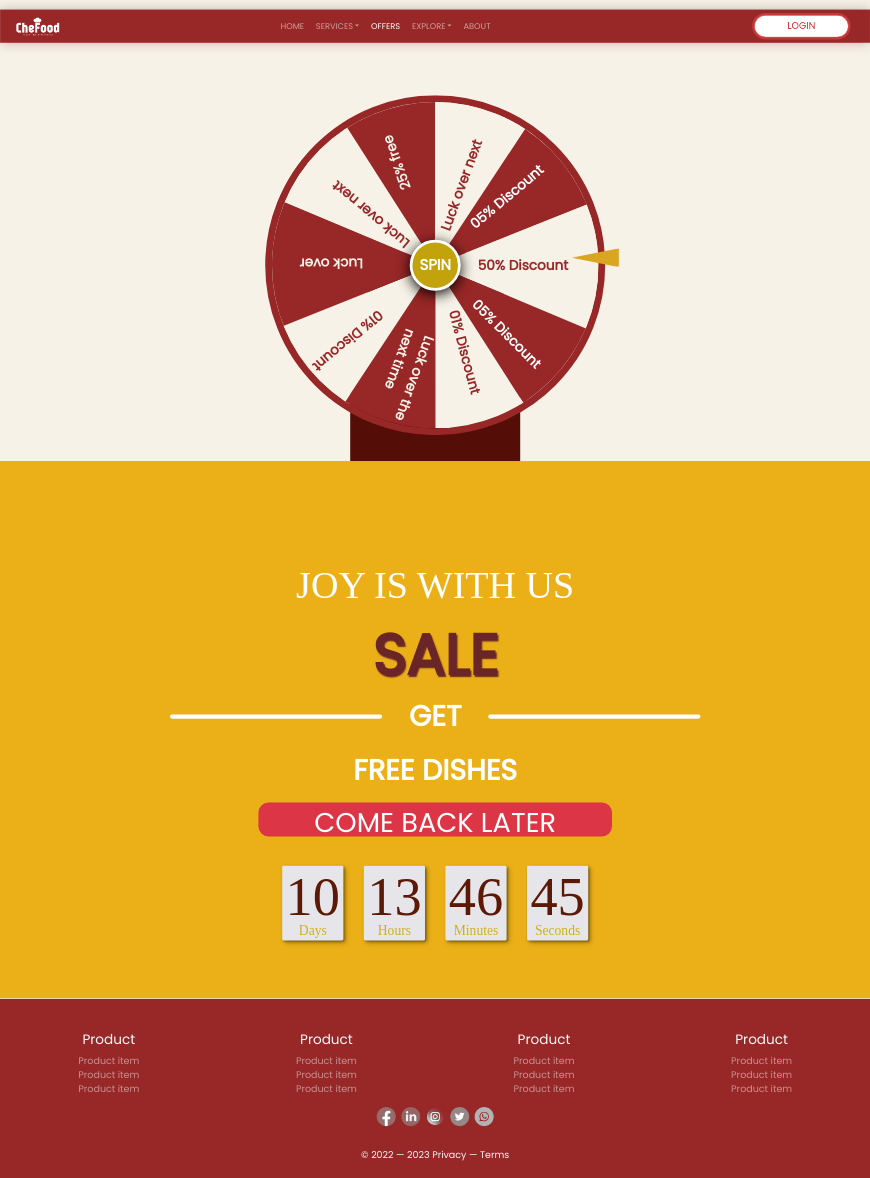
Repository: qamchamine/chefood
Page: /offers (app in front-end/)
These files come from the project's save history. The page is drawn as it stood at one moment and after the next save; the edit follows.
The browser window is 1280 px wide. The pictures show the whole page, at 68% of full size.
The project was rebuilt for these pictures with package versions that can differ from the ones it lists, and the page was loaded fresh each time. Some packages were replaced by stand-ins written for this rebuild. Also part of the build but not shown: front-end/src/components/small_components/ButtonMain.jsx, front-end/src/components/small_components/HomeCard.jsx, front-end/src/components/small_components/HomeCardFullSection.jsx, front-end/src/components/pages/Home.jsx, front-end/src/css/explore.css, front-end/src/components/pages/sub-pages/Gallery.jsx, front-end/src/components/pages/sub-pages/Delivery.jsx, front-end/src/components/small_components/ComponentToPrint.jsx and 28 more. Imported but missing from the stored project, and not drawn on this page: front-end/src/sounds/applause.mp3, front-end/src/sounds/wheel.mp3.

Above is the page before, as saved 2023-06-18 19:45:48.

### front-end/public/index.html
<!DOCTYPE html>
<html lang="en">
  <head>
    <meta charset="utf-8" />
    <link rel="icon" href="%PUBLIC_URL%/favicon.ico" />
    <meta name="viewport" content="width=device-width, initial-scale=1" />
    <meta name="theme-color" content="#000000" />
    <meta
      name="description"
      content="Web site created using create-react-app"
    />
    <link
    rel="stylesheet"
    href="https://fonts.googleapis.com/css?family=Roboto:400,700"
  />
    <link rel="apple-touch-icon" href="%PUBLIC_URL%/logo192.png" />
    <link rel="manifest" href="%PUBLIC_URL%/manifest.json" />

    <link rel="stylesheet" href="https://fonts.googleapis.com/icon?family=Material+Icons">

    <link rel="stylesheet" href="https://maxcdn.bootstrapcdn.com/font-awesome/4.7.0/css/font-awesome.min.css">
    <script src="https://code.jquery.com/jquery-3.5.1.min.js"></script>
    <script src="https://cdn.jsdelivr.net/npm/popper.js@1.16.0/dist/umd/popper.min.js"></script>




    <title>React App</title>
  </head>
  <body>

    <div id="root"></div>
<!--     <script src="jquery/jquery-3.6.0.js"></script>  -->
    <script src="https://unpkg.com/sweetalert/dist/sweetalert.min.js"></script>

  </body>
</html>

### front-end/src/components/Footer.jsx
import React, { useEffect } from 'react'

import Facebook from '../images/icons/facebook.png'
import Linkedin from '../images/icons/linkedin.png'
import Instagram from '../images/icons/instagram.png'
import Twitter from '../images/icons/twitter.png'
import Whatsapp from '../images/icons/whatsapp.png'
import './../css/nav-footer.css';
export default function Footer() {

    return (
        <div className='footer container-fluid' style={{ background: '#982727' }}>
            <footer className=' py-2 pt-5 d-grid text-light'>
                <div className='row justify-content-around text-center '>
                    <div className='d-grid col-6 col-sm-12 col-md-6 col-lg-4 col-xl-3'>
                        <h5>Product</h5>
                        <a className='text-decoration-none text-light opacity-50' href="">Product item</a>
                        <a className='text-decoration-none text-light opacity-50' href="">Product item</a>
                        <a className='text-decoration-none text-light opacity-50' href="">Product item</a>
                    </div>
                    <div className='d-grid col-6 col-sm-12 col-md-6 col-lg-4 col-xl-3'>
                        <h5>Product</h5>
                        <a className='text-decoration-none text-light opacity-50' href="">Product item</a>
                        <a className='text-decoration-none text-light opacity-50' href="">Product item</a>
                        <a className='text-decoration-none text-light opacity-50' href="">Product item</a>
                    </div>
                    <div className='d-grid col-6 col-sm-12 col-md-6 col-lg-4 col-xl-3'>
                        <h5>Product</h5>
                        <a className='text-decoration-none text-light opacity-50' href="">Product item</a>
                        <a className='text-decoration-none text-light opacity-50' href="">Product item</a>
                        <a className='text-decoration-none text-light opacity-50' href="">Product item</a>
                    </div>
                    <div className='d-grid col-6 col-sm-12 col-md-6 col-lg-4 col-xl-3'>
                        <h5>Product</h5>
                        <a className='text-decoration-none text-light opacity-50' href="">Product item</a>
                        <a className='text-decoration-none text-light opacity-50' href="">Product item</a>
                        <a className='text-decoration-none text-light opacity-50' href="">Product item</a>
                    </div>
                </div>
                <div className='footer-icons row justify-content-center py-3 '>
                    <div className='d-flex gap-2 justify-content-center'>
                        <a href=""> <img src={Facebook} className='footer-icon' alt="" /> </a>
                        <a href=""> <img src={Linkedin} className='footer-icon' alt="" /> </a>
                        <a href=""> <img src={Instagram} className='footer-icon' alt="" /> </a>
                        <a href=""> <img src={Twitter} className='footer-icon' alt="" /> </a>
                        <a href=""> <img src={Whatsapp} className='footer-icon' alt="" /> </a>

                    </div>
                </div>
                <div className='row justify-content-center py-3'>
                    © 2022 — 2023 Privacy — Terms
                </div>
            </footer>
        </div>

    )
}

### front-end/src/components/pages/Offers.jsx
import React from 'react'
import WheelSpin from '../small_components/WheelSpin'
import OffersButtom from '../small_components/OffersButtom'
export default function Offers() {
  return (
    <div>


      <WheelSpin/>
      <OffersButtom/>
    </div>
  )
}

### front-end/src/css/home.css
.homeBG {
    height: fit-content;
    position: relative;
    right: -10%;
    top: 34%;
    z-index: -1;
    width: 100em !important;


}
@font-face {
    font-family: 'poppin';
    src: url('../fonts/Poppins/Poppins-Regular.ttf') ;
    font-weight: normal;
    font-style: normal;
  }
body {
    font-family:'poppin', sans-serif !important;
    background-color: #F7F2E7 !important;
    max-width: 100vw;
    font-weight: normal !important;
    overflow-x: hidden;
    font-size: 14px !important;
}

body::-webkit-scrollbar {
    width: 0;
}

.nb {
/*     position: fixed; */
/*     top: 1em; */
    background-color: #982727 !important;
    box-shadow: 0 0px 20px #1f020241;
    border: 1px solid #ffffff22;
}

.navbar {
    background-color: #982727 !important;
}

.changeColor {
    background-color: blue !important;
}

.signUP {
    background: white !important;
    color: #982727 !important;
    font-weight: bold !important;
    outline: 5px solid #982727ab;
    outline-offset: -2px;
    transition: 500ms ease;


}

.homeContent {
    height: 90vh;
    z-index: 0;
    margin-top: -1.5em !important;
}

.homeContent h1 {
    color: #F7F2E7;
    text-align: start;
width: 40vw !important;
}

.homeContent h1 span {
    position: relative;
    display: inline-block;
    margin-bottom: 10px;
    padding: 4px 20px 8px;
    transition: 1s ease;
}

.homeContent h1 span::before {
    content: '';
    position: absolute;
    background: #982727;
    left: 0;
    top: 0;
    z-index: -1;
    width: 100%;
    height: 100%;
    transform: skew(-10deg);
}

.homeContent h1 span:last-child::before {
    transform: skew(10deg);
}

.homeContent p {
    width: 72%;
    color: #982727;
    text-align: left;
}

.homeContent .homeMainButtons {
    width: 72%;
}

.cardBtn {
    transition: 1s ease;
}

.cardBtn:hover {
    filter: brightness(130%);

}

.cardBtn i {
    left: 63%;
    transition: 300ms ease;
}

.cardBtn:hover i {
    left: 75%;
}

.btnMain:hover {
    filter: brightness(130%);
}

.card-img-top {
    object-fit: cover;
}

.signUP:hover {

    background: #982727 !important;
    color: white !important;
    font-weight: bold !important;
    outline: 5px solid #ffffff55;
    outline-offset: -4px;
}

.cardsGroup:not(:first-child) {
    translate: 50% 0;
}

.arrow-1-1 {
    position: absolute;
    top: 50%;
    left: 0;
}

.home .carousel-control-prev-icon,
.home .carousel-control-next-icon {

    width: 1.3em;
    height: 1.3em;
    color:black !important;

    outline: 12px solid #982929;
    outline-offset: -1px;
    background-color: #982929;
    background-size: 100%, 100%;
    border-radius: 50%;
    box-shadow: 0 0 10px black;
}

.home .carousel-control-prev,
.home .carousel-control-next {
    z-index: 10;
    width: 4em !important;
/*     background: red; */

}

/* .py-4 {
    padding-top: 0rem !important;
    padding-bottom: 0rem !important;
} */

.nb{
    zoom:87%;
}

### front-end/src/css/delivery.css
.price {
    background: #982727;
    color: white;
    text-align: center;
    padding-block: 1em;
    border-radius: .5em;
}

.delivery-page .card {
    transition: 300ms ease;
    user-select: none;
}

.delivery-page .card ul {
    list-style-type: none;
}

.delivery-page .card:hover {
    filter: contrast(120%);
    cursor: pointer;
    outline: .3em solid #982727;
    box-shadow: 0 .4em 0px .3em #982727 !important;
}

.delivery-page {
    height: fit-content;
    display: flex;
    align-items: center;
    margin-top: 8em !important;
}
.scroll-bar-activated::-webkit-scrollbar {
    display: block !important;
    background: rgba(255, 0, 0, 0) !important;
    width: 1em !important;
}
.scroll-bar-activated{
    overflow: overlay !important;

}
.scroll-bar-activated::-webkit-scrollbar-thumb {
    display: block !important;
    background: linear-gradient(to bottom,transparent 0% 23%,#982727 20% 70%,transparent 50% 100%) !important;
    z-index: 10000000 !important;
    width: 10px !important;
}

.delivery-page>div {
    height: fit-content;
    position: relative;

}

.delivery-page>div:last-child h5 img {
    height: 11em;
}

h1.section-2{
    margin-top: 4em ;
}
.cards2{
    margin-bottom: 5em ;
}
h1{
    text-transform: uppercase;
    color: #6a2626;;
}

### front-end/src/components/small_components/OffersButtom.jsx
import React from 'react'
import '../pages/style/offoreB.css'
// import  CountDown  from './CountDown'
import Timer from './Timer'


export default function OffersButtom() {
  return (
    <div className='parent-element bgBorder'>
      <div className='borderTB'></div>
        <div className=' contM '>
            <h1 className='title'>Joy is with us</h1>
                <h1 className='titleblack color-dark'>SALE</h1>
                  <p className='getparagraph'>GET</p>
                  <p>FREE DISHES</p>

                  <span className='bg-danger h1 Vbotton  '>COME BACK LATER</span>
                  {/* <CountDown duration={2 * 24 * 60 * 60 * 1000}/> */}
                  <Timer/>


        </div>
      <div className='borderTB'></div>
    </div>
  )
}

### front-end/src/css/spinWheel.css
/* * {
    box-sizing: border-box;
    padding: 0;
    margin: 0;
    outline: none;
  }

  body {
    font-family: Open Sans;
    display: flex;
    justify-content: center;
    align-items: center;
    height: 100vh;
    overflow: hidden;
    background: linear-gradient(rgba(0, 0, 0, 0.4), rgba(0, 0, 0, 0.4)),
      url(https://source.unsplash.com/hNvr4nqFIcQ/2500x1800);
    background-size: cover;
  }
   */

   .spinner-wheel {
     display: flex;
    justify-content: center;
    align-items: center;
    margin-bottom: 3% ;
    margin-top: 6%;
    overflow: hidden;

  }

  .spinBase {
    width: 250px;
    height: 350px;
    background-color: #550e07;
    position: absolute;
    top: 50vh;
    border-radius: 70% 70% 0% 0%;
    z-index: -1;
}


   .spinner-wheel  .mainbox {
    position: relative;
    width: 500px;
    height: 500px;
  }

  .spinner-wheel  .mainbox:after {
    position: absolute;
    content: "";
    width:5em;
/*     height: 30%; */
    background: goldenrod  /* url('../images/icons/arrow-bottom.png')  */ no-repeat;
    background-size: contain;
    left: 100%;
    border:1px solid #F7F2E7;
    height: 2em !important;

    clip-path: polygon(0 50%,100% 0,100% 100%,0 50%);
    top: 45%;
    translate:-70% 0;
    transform: rotate(0deg);
  }

  .spinner-wheel .box {
    width: 100%;
    height: 100%;
    position: relative;
    border-radius: 50%;
    border: 10px solid #982727;
    overflow: hidden;
    transition: all ease-in-out 5s;
    transform: rotate(90deg);
 /*    outline: 1px solid #fff; */
    outline-offset: 0px;
  }

  .spinner-wheel span {
    width: 100%;
    height: 100%;
    display: inline-block;
    position: absolute;
  }

  .spinner-wheel .span1 {
    clip-path: polygon(0 17%, 0 50%, 50% 50%);
    background-color:#F7F2E7;
    color: #982727 !important;
  }

  .spinner-wheel .span2 {
    clip-path: polygon(0 17%, 30% 0, 50% 50%);
    background-color: #982727;
  }

  .spinner-wheel .span3 {
    clip-path: polygon(30% 0, 71% 0, 50% 50%);
    background-color: #F7F2E7;
    color: #982727 !important;

  }

  .spinner-wheel .span4 {
    clip-path: polygon(71% 0, 100% 18%, 50% 50%);
    background-color:#982727;
  }

  .spinner-wheel  .span5 {
    clip-path: polygon(100% 18%, 100% 50%, 50% 50%);
    background: #F7F2E7;
    color: #982727 !important;

  }

  .spinner-wheel .box2 .span1 {
    background-color: #982727;
    color: #F7F2E7 !important;
  }
  .spinner-wheel .box2 .span2 {
    background-color: #F7F2E7;
    color: #982727 !important;

  }
  .spinner-wheel .box2 .span3 {
    background-color: #982727 !important;
    color: #F7F2E7 !important;
  }
  .spinner-wheel .box2 .span4 {
    background-color: #F7F2E7;
    color: #982727 !important;

  }
  .spinner-wheel .box2 .span5 {
    background-color: #982727 !important;
    color: #F7F2E7 !important;
  }

  .spinner-wheel .box2 {
    width: 100%;
    height: 100%;
    transform: rotate(180deg);
  }

  .spinner-wheel  .font {
    color: white;
    font-size: 20px;
  }

  .spinner-wheel .box1 .span1 b {
    position: absolute;
    top: 39%;
    right: 60%;
    transform: rotate(200deg);
    text-align: center;
  }

  .spinner-wheel .box1 .span2 b {
    position: absolute;
    top: 25%;
    right: 57%;
    transform: rotate(-130deg);
  }

  .spinner-wheel .box1 .span3 b {
    position: absolute;
    top: 20%;
    right: 36%;
    transform: rotate(-90deg);
  }

  .spinner-wheel .box1 .span4 b {
    position: absolute;
    top: 25%;
    right: 15%;
    transform: rotate(-45deg);
  }

  .spinner-wheel .box1 .span5 b {
    position: absolute;
    top: 38%;
    right: 10%;
    transform: rotate(-15deg);
    text-align: center;
  }

  .spinner-wheel .box2 .span1 b {
    position: absolute;
    top: 34%;
    right: 70%;
    transform: rotate(200deg);
  }

  .spinner-wheel .box2 .span2 b {
    position: absolute;
    top: 20%;
    right: 60%;
    transform: rotate(-130deg);
    text-align: center;
  }

  .spinner-wheel .box2 .span3 b {
    position: absolute;
    top: 15%;
    right: 40%;
    transform: rotate(270deg);
  }

  .spinner-wheel .box2 .span4 b {
    position: absolute;
    top: 27%;
    right: 20%;
    transform: rotate(310deg);
  }

  .spinner-wheel .box2 .span5 b {
    position: absolute;
    top: 35%;
    right: 10%;
    transform: rotate(-20deg);
    text-align: center;
  }

  .spinner-wheel .spin {
    position: absolute;
    top: 50%;
    left: 50%;
    transform: translate(-50%, -50%);
    width: 75px;
    height: 75px;
    border-radius: 50%;
    border: 4px solid white;
    background-color: #c2a30b;
    color: #fff;
    box-shadow: 0 5px 20px #000;
    font-weight: bold;
    font-size: 22px;
    cursor: pointer;
    z-index: 1;
  }

  .spinner-wheel .spin:active {
    width: 70px;
    height: 70px;
    font-size: 20px;
  }

  .spinner-wheel  .mainbox.animate:after {
    animation: animateArrow 0.7s ease infinite;
  }

  .spinner-wheel   audio {
    display: none;
  }

  @keyframes animateArrow {
    50% {
      right: -50px;
    }
  }

  @media (max-width: 576px) {
    .spinner-wheel  .mainbox {
      width: 100%;
      height: 50%;
    }

  }
  @media (min-width: 600px){
    .spinner-wheel::before{

      clip-path: polygon(0 50%,100% 0,100% 100%,0 50%);
      top: 54%;
      left: 62%;
      translate : -50%;
      transform: rotate(90deg);

    }

  }



  .claim-btn {
    background: #982727 !important ;
  }

### front-end/src/components/small_components/Timer.jsx
import React, { useEffect, useState } from 'react';
import '../../css/Timer.css'

function Timer() {
  const [days, setDays] = useState('00');
  const [hours, setHours] = useState('00');
  const [minutes, setMinutes] = useState('00');
  const [seconds, setSeconds] = useState('00');

  useEffect(() => {
    function makeTimer() {
      const endTime = new Date("29 jun 2023 9:56:00 GMT+01:00");
      const endTimeInSeconds = Date.parse(endTime) / 1000;

      const now = new Date();
      const nowInSeconds = Date.parse(now) / 1000;

      const timeLeft = endTimeInSeconds - nowInSeconds;

      const calculatedDays = Math.floor(timeLeft / 86400);
      const calculatedHours = Math.floor((timeLeft - calculatedDays * 86400) / 3600);
      const calculatedMinutes = Math.floor((timeLeft - calculatedDays * 86400 - calculatedHours * 3600) / 60);
      const calculatedSeconds = Math.floor(timeLeft - calculatedDays * 86400 - calculatedHours * 3600 - calculatedMinutes * 60);

      const formattedHours = calculatedHours < 10 ? `0${calculatedHours}` : calculatedHours.toString();
      const formattedMinutes = calculatedMinutes < 10 ? `0${calculatedMinutes}` : calculatedMinutes.toString();
      const formattedSeconds = calculatedSeconds < 10 ? `0${calculatedSeconds}` : calculatedSeconds.toString();

      setDays(calculatedDays.toString());
      setHours(formattedHours);
      setMinutes(formattedMinutes);
      setSeconds(formattedSeconds);
    }

    const timerInterval = setInterval(makeTimer, 100);

    return () => {
      clearInterval(timerInterval);
    };
  }, []);

  return (
    <div className='timer'>
      <div id="days" className='timerD' >{days}<span className='Stime'>Days</span></div>
      <div id="hours"  className='timerD'>{hours}<span className='Stime'>Hours</span></div>
      <div id="minutes" className='timerD' >{minutes}<span className='Stime'>Minutes</span></div>
      <div id="seconds" className='timerD' >{seconds}<span className='Stime'>Seconds</span></div>
    </div>
  );
}

export default Timer;

### front-end/src/css/location.css
@import url('https://fonts.googleapis.com/css2?family=Roboto:wght@100&display=swap');

.location-color
{
  color : #982727;
  text-transform: uppercase;
  letter-spacing: 0.3em;
}
.where-restorant
{
    width: 459px;
    margin:auto;
}
.restorant-location-title{
    font-family: 'Century Gothic';
    font-size:32px;
    font-weight:400;
}
.restorant-location-line{
    background:#B12222;
    height: 3px;
    width: 450px;
    display: inline-block;
    margin: 15px auto;
}
.restorant-location-p
{
    color:#000000 75%;
    font-size: 15px;
    font-weight: 400;
    font-family: 'Roboto', sans-serif;
}
.main-location{
    display: grid !important;
    grid-template-columns: repeat(2, 1fr);
    flex-direction: column;
    justify-content: center;
    align-items: center;
    text-align:center;
}
.restorant-location-btn{
    background-color: #B12222;
    border: none;
    width: 300px;
    height: 40px;
    border-radius: 15px;
    color: #fff;
}
.restorant-location-btn:hover{
    background-color: #fff;
    border: 2px solid #B12222;
    border-radius: 15px;
    color: #B12222;
}
.location-icon{
    margin-right: 15px;
}


  @media (max-width: 1123px) { /* Extra large devices (large desktops, 1200px and up) */
    .earth-image img{
        width: 450px;
    }
  }
  @media (max-width: 992px) { /* Medium devices (tablets, 768px and up) */
    .earth-image img{
        width: 400px;
    }
    .where-restorant {
        width: 400px;
        margin: auto;
    }
    .restorant-location-line{
        width: 350px;
        display: inline-block;
    }
  }
  @media (max-width: 868px) { /* Medium devices (tablets, 768px and up) */

    .earth-image img{
        width: 380px;
    }
    .where-restorant {
        width: 380px;
        margin: auto;
    }
    .restorant-location-line{
        width: 320px;
        display: inline-block;
    }
    .restorant-location-p{
        font-size: 13px;
    }
    .restorant-location-title{
        font-size:28px;
    }

  }
  @media (max-width: 783px) { /* Small devices (landscape phones, 576px and up) */
    .earth-image img{
        margin-top: 30px;
        width: 380px;
    }
    .where-restorant {
        width: 380px;
        margin: auto;
    }
    .restorant-location-line{
        width: 320px;
        display: inline-block;
    }
    .restorant-location-p{
        font-size: 15px;
    }
    .restorant-location-title{
        font-size:32px;
    }
    .main-location{
        display: grid !important;
        grid-template-columns: repeat(1, 1fr);
        justify-items: center;
        text-align:center;
    }
  }
  @media(max-width: 401px){ /* Small devices (landscape phones, 576px and up) */
    .earth-image img{
        width: 330px;
        margin-top: 30px;
    }
    .where-restorant {
        width: 330px;
        margin: auto;
    }
    .restorant-location-line{
        width: 320px;
        display: inline-block;
    }
    .restorant-location-p{
        font-size: 13px;
    }
    .restorant-location-title{
        font-size:28px;
    }
    .main-location{
        display: grid !important;
        grid-template-columns: repeat(1, 1fr);
        justify-items: center;
        text-align:center;
    }
  }

### front-end/src/css/Timer.css

@import url(https://fonts.googleapis.com/css?family=Titillium+Web:400,200,200italic,300,300italic,900,700italic,700,600italic,600,400italic);

/* .timer {
  font-family: 'Titillium Web', cursive;
  width: 800px;
  margin: 0 auto;
  text-align: center;
  color: white;
  background: #222;
  font-weight: 100;
} */

.timer {
  display: inline-flex;
  line-height: 1;
  padding: 20px;
  font-size: 40px;
  font-family: 'Times New Roman', cursive;


}
.timerD{
    border-radius: 2px;
    padding: 5px;
    font-size: 10px;
    border: 70px rgb(131, 55, 55);
    box-shadow:2px 2px 4px rgba(0, 0, 0, 0.4), 4px 4px 8px rgba(0, 0, 0, 0.2);
}

.Stime {
  display: block;
  font-size: 20px;
  color: rgb(206, 178, 19);

}

#days {
  font-size: 80px;
  color: rgb(92, 25, 5);
  background-color:rgb(230, 230, 234);

  margin: 15px;
}
#hours {
  font-size: 80px;
  color: rgb(92, 25, 5);
  background-color:rgb(230, 230, 234);
  margin: 15px;
}
#minutes {
  font-size: 80px;

  color: rgb(92, 25, 5);
  background-color:rgb(230, 230, 234);
  margin: 15px;
}
#seconds {
  font-size: 80px;
  color: rgb(92, 25, 5);
  background-color:rgb(230, 230, 234);
  margin: 15px;
}

Loaded but not shown: front-end/src/index.css (common file); front-end/src/App.js (39 lines, source omitted); front-end/src/config/LoginContext.js (68 lines, source omitted); front-end/src/index.js (20 lines, source omitted); front-end/src/components/small_components/WheelSpin.jsx (195 lines, source omitted); front-end/src/css/reservation.css (400 lines, source omitted); front-end/src/components/Navbar.jsx (162 lines, source omitted); front-end/src/css/nav-footer.css (260 lines, source omitted); front-end/src/css/contactus.css (178 lines, source omitted); front-end/src/components/pages/style/offoreB.css (191 lines, source omitted)

After the next save:
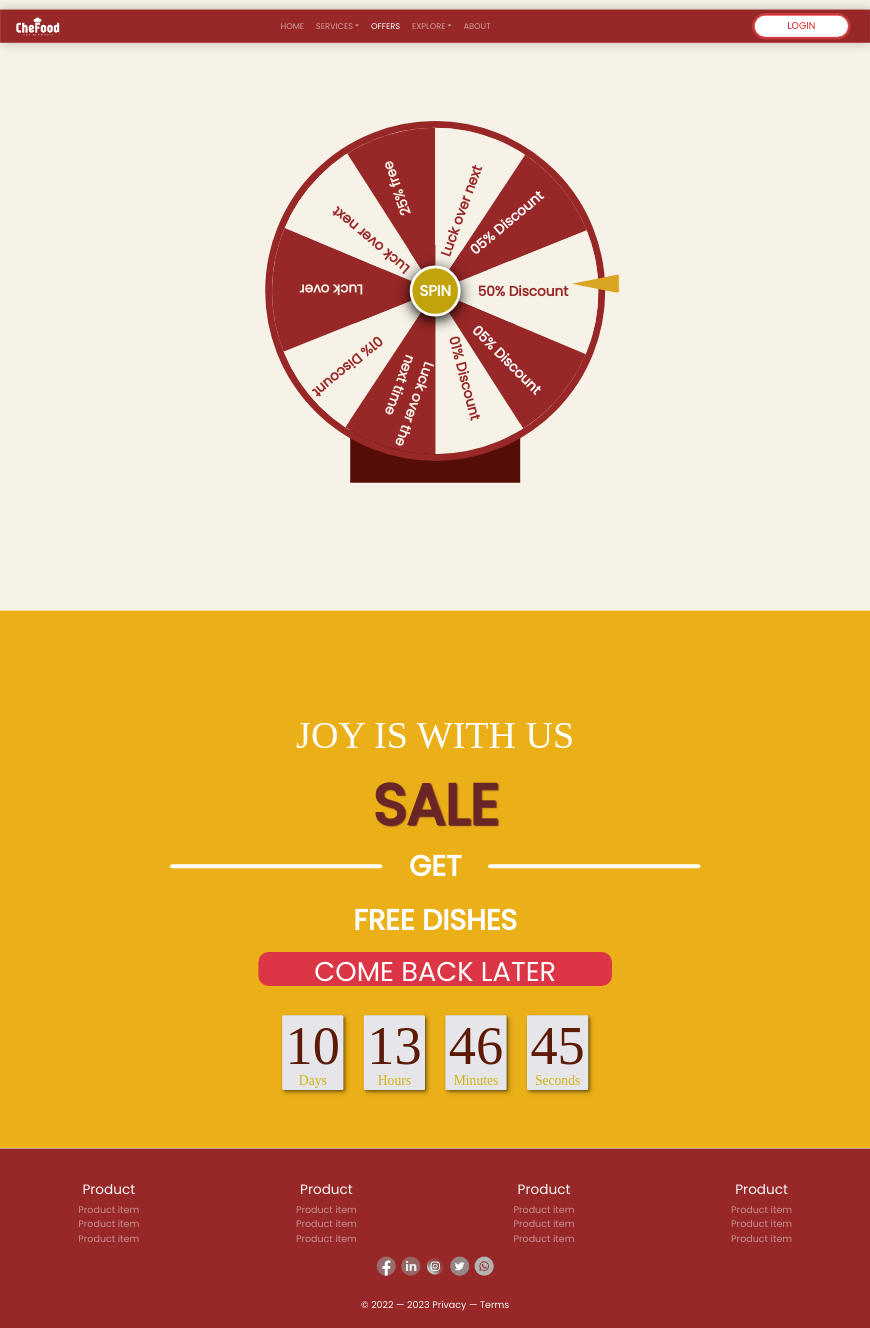
Saved 8 s later.
--- a/front-end/src/css/spinWheel.css
+++ b/front-end/src/css/spinWheel.css
@@ -19,14 +19,13 @@
    */
 
    .spinner-wheel {
-     display: flex;
+    display: flex;
     justify-content: center;
-    align-items: center;
-    margin-bottom: 3% ;
-    margin-top: 6%;
-    overflow: hidden;
-
-  }
+    height: 100vh;
+    align-items: start;
+    margin-bottom: 0%;
+    margin-top: 9%;
+}
 
   .spinBase {
     width: 250px;
